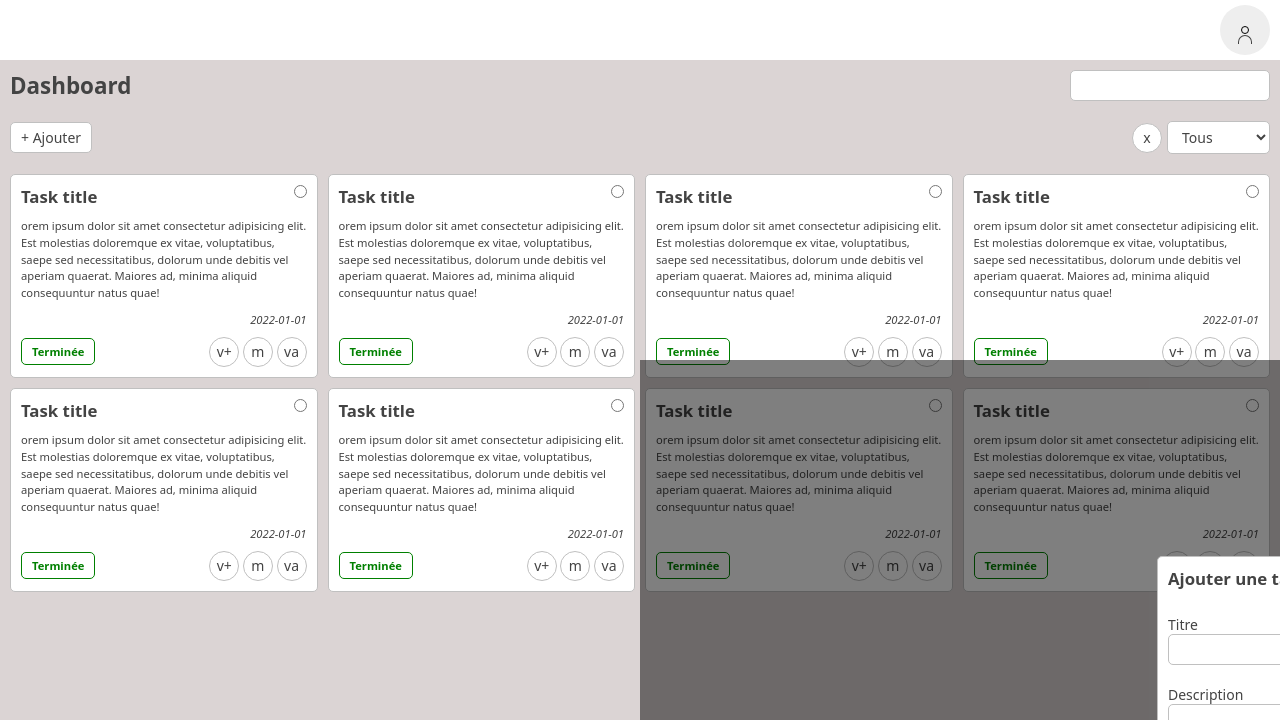
Repository: zpaulange/task_manager
Page: dashboard/index.html
These files come from the project's save history. The page is drawn as it stood at one moment and after a run of saves; the edit follows.
The browser window is 1280 px wide. The pictures show the whole page.

Above is the page before, as saved 2025-03-06 16:41:09.

### dashboard/index.html
<!DOCTYPE html>
<html lang="en">
<head>
    <meta charset="UTF-8">
    <meta name="viewport" content="width=device-width, initial-scale=1.0">
    <link rel="stylesheet" href="../assets/styles/dashboard/style.css">
    <title>Document</title>
</head>
<body>
  <section class="dashboard">
    <div class="dashboard_right">
      <nav class="dashbaord_nav">
        <a href="#" class="dashbaord_nav_avatar">
          <span></span>
        </a>
      </nav>
      <main class="main">
        <div class="main_header">
          <h1 class="main_header_title">Dashboard</h1>
          <input type="search" name="search" class=" main_header_search" style="width:200px">
        </div>
        <div class="main_header_actions">
          <div class="main_header_actions_left">
            <button class="main_header_actions_btn" id="addTask">+ Ajouter</button>
          </div>
          <div class="main_header_actions_right">
            <button class="main_header_actions_right_btnDel rounded-btn del">x</button>
            <select name="filter" class="main_header_actions_right_filter" id="">
              <option value="0">Tous</option>
              <option value="1">En cours</option>
              <option value="2">Annulés</option>
              <option value="3">Terminés</option>
            </select>
          </div>
        </div>
        <section class="main-task">
          <div class="main-task__content">
            <div class="main-task__content-item">
              <div class="main-task__content-item__title">
                Task title
              </div>
              <p class="main-task__content-item__desc">
                orem ipsum dolor sit amet consectetur adipisicing elit. Est molestias doloremque ex vitae, voluptatibus, saepe sed necessitatibus, dolorum unde debitis vel aperiam quaerat. Maiores ad, minima aliquid consequuntur natus quae!
              </p>
              <div class="main-task__content-item__date">
                2022-01-01
              </div>
              <div class="main-task__content-item__actions">
                <span class="main-task__content-item__actions_status completed">
                  Terminée
                </span>
                <div>
                  <button class="rounded-btn see-more">v+</button>
                  <button class="rounded-btn modify">m</button>
                  <button class="rounded-btn validate">va</button>
                </div>
              </div>
              <input type="radio" name="checkTask" class="checkTask" id="checkTask">
            </div>
            <div class="main-task__content-item">
              <div class="main-task__content-item__title">
                Task title
              </div>
              <p class="main-task__content-item__desc">
                orem ipsum dolor sit amet consectetur adipisicing elit. Est molestias doloremque ex vitae, voluptatibus, saepe sed necessitatibus, dolorum unde debitis vel aperiam quaerat. Maiores ad, minima aliquid consequuntur natus quae!
              </p>
              <div class="main-task__content-item__date">
                2022-01-01
              </div>
              <div class="main-task__content-item__actions">
                <span class="main-task__content-item__actions_status completed">
                  Terminée
                </span>
                <div>
                  <button class="rounded-btn see-more">v+</button>
                  <button class="rounded-btn modify">m</button>
                  <button class="rounded-btn validate">va</button>
                </div>
              </div>
              <input type="radio" name="checkTask" class="checkTask" id="checkTask">
            </div>
            <div class="main-task__content-item">
              <div class="main-task__content-item__title">
                Task title
              </div>
              <p class="main-task__content-item__desc">
                orem ipsum dolor sit amet consectetur adipisicing elit. Est molestias doloremque ex vitae, voluptatibus, saepe sed necessitatibus, dolorum unde debitis vel aperiam quaerat. Maiores ad, minima aliquid consequuntur natus quae!
              </p>
              <div class="main-task__content-item__date">
                2022-01-01
              </div>
              <div class="main-task__content-item__actions">
                <span class="main-task__content-item__actions_status completed">
                  Terminée
                </span>
                <div>
                  <button class="rounded-btn see-more">v+</button>
                  <button class="rounded-btn modify">m</button>
                  <button class="rounded-btn validate">va</button>
                </div>
              </div>
              <input type="radio" name="checkTask" class="checkTask" id="checkTask">
            </div>
            <div class="main-task__content-item">
              <div class="main-task__content-item__title">
                Task title
              </div>
              <p class="main-task__content-item__desc">
                orem ipsum dolor sit amet consectetur adipisicing elit. Est molestias doloremque ex vitae, voluptatibus, saepe sed necessitatibus, dolorum unde debitis vel aperiam quaerat. Maiores ad, minima aliquid consequuntur natus quae!
              </p>
              <div class="main-task__content-item__date">
                2022-01-01
              </div>
              <div class="main-task__content-item__actions">
                <span class="main-task__content-item__actions_status completed">
                  Terminée
                </span>
                <div>
                  <button class="rounded-btn see-more">v+</button>
                  <button class="rounded-btn modify">m</button>
                  <button class="rounded-btn validate">va</button>
                </div>
              </div>
              <input type="radio" name="checkTask" class="checkTask" id="checkTask">
            </div>
            <div class="main-task__content-item">
              <div class="main-task__content-item__title">
                Task title
              </div>
              <p class="main-task__content-item__desc">
                orem ipsum dolor sit amet consectetur adipisicing elit. Est molestias doloremque ex vitae, voluptatibus, saepe sed necessitatibus, dolorum unde debitis vel aperiam quaerat. Maiores ad, minima aliquid consequuntur natus quae!
              </p>
              <div class="main-task__content-item__date">
                2022-01-01
              </div>
              <div class="main-task__content-item__actions">
                <span class="main-task__content-item__actions_status completed">
                  Terminée
                </span>
                <div>
                  <button class="rounded-btn see-more">v+</button>
                  <button class="rounded-btn modify">m</button>
                  <button class="rounded-btn validate">va</button>
                </div>
              </div>
              <input type="radio" name="checkTask" class="checkTask" id="checkTask">
            </div>
            <div class="main-task__content-item">
              <div class="main-task__content-item__title">
                Task title
              </div>
              <p class="main-task__content-item__desc">
                orem ipsum dolor sit amet consectetur adipisicing elit. Est molestias doloremque ex vitae, voluptatibus, saepe sed necessitatibus, dolorum unde debitis vel aperiam quaerat. Maiores ad, minima aliquid consequuntur natus quae!
              </p>
              <div class="main-task__content-item__date">
                2022-01-01
              </div>
              <div class="main-task__content-item__actions">
                <span class="main-task__content-item__actions_status completed">
                  Terminée
                </span>
                <div>
                  <button class="rounded-btn see-more">v+</button>
                  <button class="rounded-btn modify">m</button>
                  <button class="rounded-btn validate">va</button>
                </div>
              </div>
              <input type="radio" name="checkTask" class="checkTask" id="checkTask">
            </div>
            <div class="main-task__content-item">
              <div class="main-task__content-item__title">
                Task title
              </div>
              <p class="main-task__content-item__desc">
                orem ipsum dolor sit amet consectetur adipisicing elit. Est molestias doloremque ex vitae, voluptatibus, saepe sed necessitatibus, dolorum unde debitis vel aperiam quaerat. Maiores ad, minima aliquid consequuntur natus quae!
              </p>
              <div class="main-task__content-item__date">
                2022-01-01
              </div>
              <div class="main-task__content-item__actions">
                <span class="main-task__content-item__actions_status completed">
                  Terminée
                </span>
                <div>
                  <button class="rounded-btn see-more">v+</button>
                  <button class="rounded-btn modify">m</button>
                  <button class="rounded-btn validate">va</button>
                </div>
              </div>
              <input type="radio" name="checkTask" class="checkTask" id="checkTask">
            </div>
            <div class="main-task__content-item">
              <div class="main-task__content-item__title">
                Task title
              </div>
              <p class="main-task__content-item__desc">
                orem ipsum dolor sit amet consectetur adipisicing elit. Est molestias doloremque ex vitae, voluptatibus, saepe sed necessitatibus, dolorum unde debitis vel aperiam quaerat. Maiores ad, minima aliquid consequuntur natus quae!
              </p>
              <div class="main-task__content-item__date">
                2022-01-01
              </div>
              <div class="main-task__content-item__actions">
                <span class="main-task__content-item__actions_status completed">
                  Terminée
                </span>
                <div>
                  <button class="rounded-btn see-more">v+</button>
                  <button class="rounded-btn modify">m</button>
                  <button class="rounded-btn validate">va</button>
                </div>
              </div>
              <input type="radio" name="checkTask" class="checkTask" id="checkTask">
            </div>
            <!-- <section class="box box-center">
              <h1>Aucune tache disponible...</h1>
            </section> -->
          </div>

        </section>
      </main>
    </div>
  </section>

  <!-- Modal -->
  <div class="modal" id="taskModal">
    <div class="modal-container">
      <h2 class="modal_title">Ajouter une tache</h2>
      <form action="#" class="form">
        <div class="form_item">
          <label for="taskTitle" class="">Titre</label>
          <input type="text">
        </div>
        <div class="form_item">
          <label for="taskDescription" class="">Description</label>
          <textarea></textarea>
        </div>
        <div class="form_item">
          <label for="taskDate" class="">Date limite</label>
          <input type="date">
        </div>
        <div class="form_item-btn">
          <button>Annuler</button>
          <button type="submit">Ajouter</button>
        </div>
      </form>
    </div>
  </div>

  <script src="../assets/js/script.js"></script>
</body>
</html>

### assets/styles/dashboard/style.css
*{
  margin:0;
  padding:0;
  box-sizing: border-box;
  position:relative;
  font-family: system-ui, sans-serif;
  font-size: 14px;
  color:#434343;
}
body{
  overflow-x: hidden;
}
a{
  text-decoration: none;
}
a:active, a:hover{
  color:#434343;
}
img{
  width: 100%;
  height: auto;
}
ul li{
  list-style: none;
}
input[type="search"],
input[type="text"],
input[type="date"], textarea{
  padding:5px 10px;
  border-radius:5px;
  border:1px solid silver;
  display: block;
  width: 100%;
}
input:focus, select:focus, textarea:focus{
  outline: none;
}

.dashboard{
  min-height: 100vh;
  background-color: #dbd4d4;
}

.dashboard_right{
  min-height: 100vh;
}
.dashbaord_nav{
  background-color: #fff;
  padding:5px 10px;
  display: flex;
  align-items:center;
  justify-content: flex-end;
  z-index: 1000;
  position: sticky;
  top:0;
  left:0;
}
.dashbaord_nav_avatar{
  display: flex;
  align-items: center;
  justify-content: center;
  height:50px;
  width: 50px;
  border-radius:50%;
  background-color: #eee;

}
.dashbaord_nav_avatar span{
  display: inline-block;
  height: 8px;
  width: 8px;
  border-radius:50%;
  border:1px solid #000
}
.dashbaord_nav_avatar span:before{
  content:'';
  position: absolute;
  height: 8px;
  width: 12px;
  border:1px solid;
  left:50%;
  transform: translateX(-50%);
  top:8px;
  border-bottom: none;
  border-top-left-radius: 10px;
  border-top-right-radius: 10px;
}

.main{
  padding:10px;
}
.main_header_title{
  font-size: 1.6rem;
}
.box{
  min-height: calc(100vh - 180px);
  background-color: #fff;
  border-radius:5px;
  padding:10px;
  margin-top:20px
}
.box.box-center{
  display: flex;
  align-items:center;
  justify-content: center;
}

.main_header{
  display: flex;
  justify-content: space-between;
  align-items:center;
  margin-bottom:20px;
}
.main_header_actions{
  display: flex;
  justify-content: space-between;
  align-items:center;
}
.main_header_actions_btn{
  padding:5px 10px;
  border-radius:5px;
  border:1px solid silver;
  background-color: #fff;
  cursor: pointer;
  transition: .2s;
}
.main_header_actions_btn:hover{
  background-color:blue;
  color:#fff;
}
.main_header_actions_right{
  display: flex;
  align-items:center;
  gap:5px;
}
.rounded-btn{
  border-radius:50%;
  border:1px solid silver;
  background-color: #fff;
  cursor: pointer;
  transition: .2s;
  cursor:pointer;
  width: 30px;
  height: 30px;
}
.rounded-btn.del:hover{
  background-color:red;
  color:#fff;
}
.rounded-btn.see-more:hover{
  background-color:blue;
  color:#fff;
}
.rounded-btn.modify:hover{
  background-color:rgb(172, 172, 14);
  color:#fff;
}
.rounded-btn.validate:hover{
  background-color:green;
  color:#fff;
}
.main_header_actions_right_filter{
  padding:5px 10px;
  border-radius:5px;
  border:1px solid silver;
  background-color: #fff;
}

.main-task__content{
  margin-top:20px;
  display: grid;
  grid-template-columns: repeat(auto-fill, minmax(300px, 1fr));
  gap:10px
}
.main-task__content-item{
  background-color:#fff;
  padding:10px;
  border-radius:5px;
  border:1px solid silver
}
.main-task__content-item__title{
  font-size: 1.2rem;
  font-weight: 600;
  padding-right:30px;
}
.main-task__content-item__desc{
  font-size: .8rem;
  line-height: 1.2rem;
  margin-top:10px;
  margin-bottom:10px;
}
.main-task__content-item__date{
  font-size: .8rem;
  text-align: right;
  font-style: italic;
}

.main-task__content-item__actions{
  display: flex;
  justify-content: space-between;
  align-items:center;
  margin-top:10px;
}
.main-task__content-item__actions_status, .form_item-btn button{
  padding:5px 10px;
  border-radius:5px;
  background-color: #fff;
  border:1px solid silver;
  font-size: .8rem;
  font-weight: 600;
}
.main-task__content-item__actions_status.canceled{
  color:red;
  border-color:red;
}
.main-task__content-item__actions_status.pending{
  color:blue;
  border-color:blue;
}
.main-task__content-item__actions_status.completed{
  color:green;
  border-color:green;
}
.checkTask{
  position:absolute;
  top:10px;
  right:10px;
}
.modal{
  position: fixed;
  top:50%;
  left:50%;
  width: 100%;
  height: 100vh;
  background-color: rgba(0, 0, 0, .5);
  display: flex;
  justify-content: center;
  align-items: center;
  z-index: 9999;
}
.modal_title{
  font-size: 1.2rem;
  font-weight: 600;
  margin-bottom:25px;
}
.modal-container{
  background-color: #fff;
  padding:10px;
  border-radius:5px;
  border:1px solid silver;
}

.form_item{
  margin-bottom:20px;
}
.form_item label{
  margin-bottom:3px;
}
.form_item-btn{
  margin-top:10px;
  display: flex;
  justify-content: flex-end;
  gap:10px;

}
.form_item-btn button:hover{
  background-color:blue;
  color:#fff;
  cursor:pointer
}

### assets/js/script.js
const addNewTask = document.querySelector('#addTask')
const addNewTaskModal = document.querySelector('#taskModal')

After the next 5 saves:
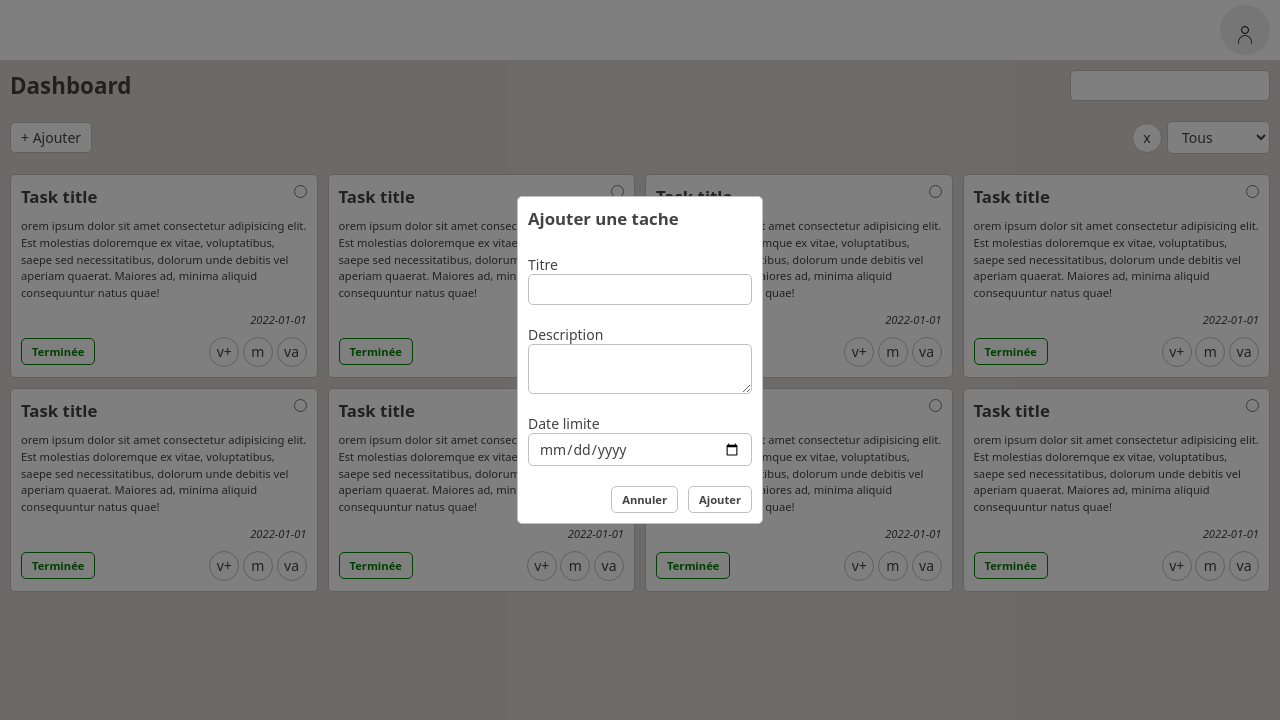
The 5 saves are shown as one change because they came seconds apart.
The last was saved 13 s later.
--- a/assets/styles/dashboard/style.css
+++ b/assets/styles/dashboard/style.css
@@ -230,6 +230,7 @@ input:focus, select:focus, textarea:focus{
   position: fixed;
   top:50%;
   left:50%;
+  transform: translate(-50%, -50%);
   width: 100%;
   height: 100vh;
   background-color: rgba(0, 0, 0, .5);
